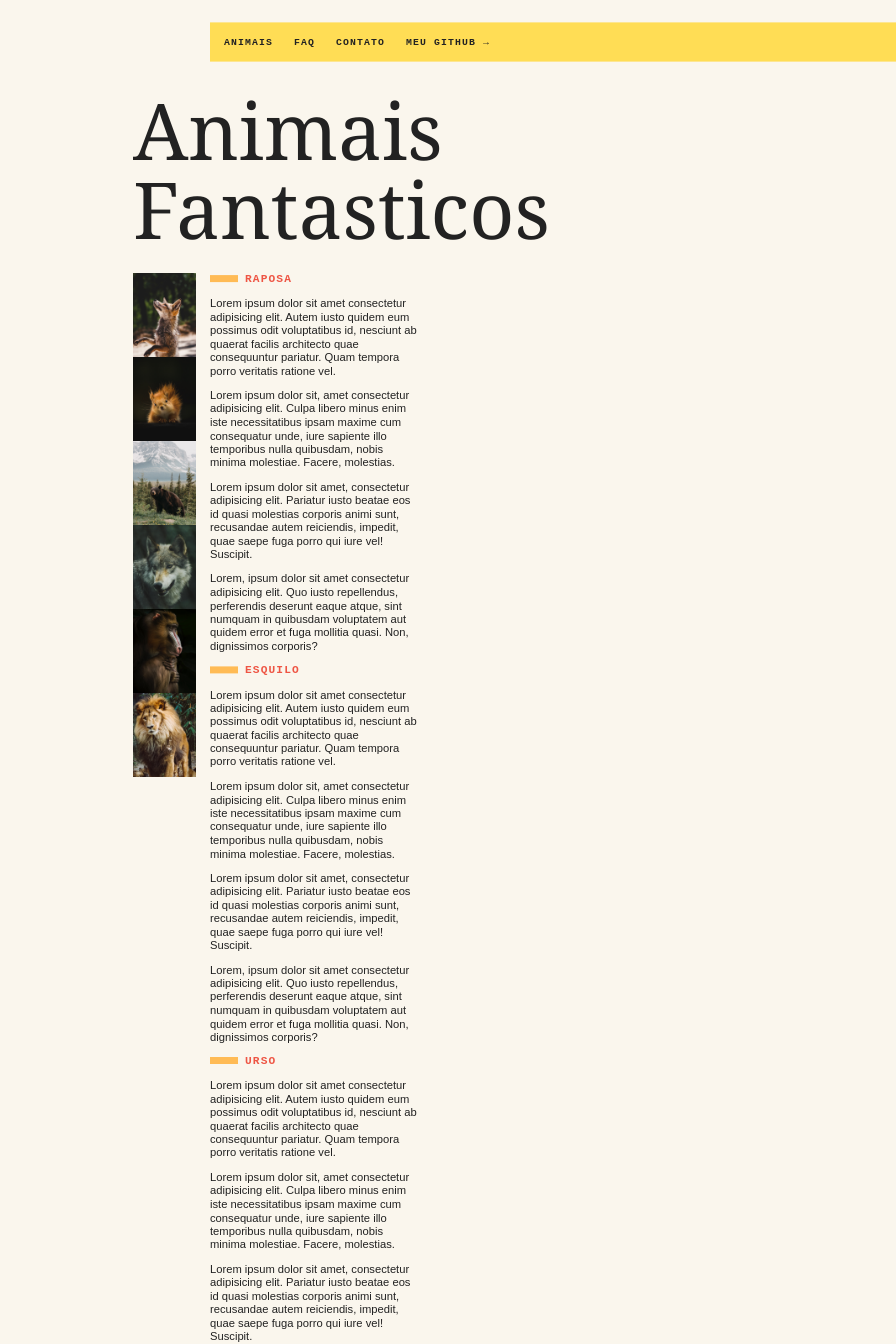
Repository: meiotera/animaisPagina
Page: index.html
An editor plug-in stored every save of this project. The page is shown before and after the next save, followed by the edit.
The browser window is 1280 px wide. The pictures show the part of the page from y = 0 to 1920 px (the page is 5019 px tall), at 70% of full size.

Above is the page before, as saved 2025-05-02 10:06:57.

### index.html
<!DOCTYPE html>
<html lang="en">

<head>
  <meta charset="UTF-8">
  <meta name="viewport" content="width=device-width, initial-scale=1.0">

  <link rel="stylesheet" href="css/style.css">
  <title>Animais</title>
</head>

<body>

  <nav class="menu">
    <ul>
      <li><a href="#animais">Animais</a></li>
      <li><a href="#faq">Faq</a></li>
      <li><a href="#contato">Contato</a></li>
      <li><a href="https://github.com/meiotera">Meu GitHub &rarr;</a></li>
    </ul>
  </nav>

  <section class="grid-section animais" id="animais">
    <h1 class="titulo">Animais Fantasticos</h1>

    <ul class="animais-lista">
      <li><img src="./img/imagem1.jpg" alt=""></li>
      <li><img src="./img/imagem2.jpg" alt=""></li>
      <li><img src="./img/imagem3.jpg" alt=""></li>
      <li><img src="./img/imagem4.jpg" alt=""></li>
      <li><img src="./img/imagem5.jpg" alt=""></li>
      <li><img src="./img/imagem6.jpg" alt=""></li>
    </ul>

    <div class="animais-descricao animais">
      <section class="animais">
        <h2>Raposa</h2>
        <p>Lorem ipsum dolor sit amet consectetur adipisicing elit. Autem iusto quidem eum possimus odit voluptatibus id, nesciunt ab quaerat facilis architecto quae consequuntur pariatur. Quam tempora porro veritatis ratione vel.</p>
        <p>Lorem ipsum dolor sit, amet consectetur adipisicing elit. Culpa libero minus enim iste necessitatibus ipsam maxime cum consequatur unde, iure sapiente illo temporibus nulla quibusdam, nobis minima molestiae. Facere, molestias.</p>
        <p>Lorem ipsum dolor sit amet, consectetur adipisicing elit. Pariatur iusto beatae eos id quasi molestias corporis animi sunt, recusandae autem reiciendis, impedit, quae saepe fuga porro qui iure vel! Suscipit.</p>
        <p>Lorem, ipsum dolor sit amet consectetur adipisicing elit. Quo iusto repellendus, perferendis deserunt eaque atque, sint numquam in quibusdam voluptatem aut quidem error et fuga mollitia quasi. Non, dignissimos corporis?</p>
      </section>

      <section>
        <h2>Esquilo</h2>
        <p>Lorem ipsum dolor sit amet consectetur adipisicing elit. Autem iusto quidem eum possimus odit voluptatibus id, nesciunt ab quaerat facilis architecto quae consequuntur pariatur. Quam tempora porro veritatis ratione vel.</p>
        <p>Lorem ipsum dolor sit, amet consectetur adipisicing elit. Culpa libero minus enim iste necessitatibus ipsam maxime cum consequatur unde, iure sapiente illo temporibus nulla quibusdam, nobis minima molestiae. Facere, molestias.</p>
        <p>Lorem ipsum dolor sit amet, consectetur adipisicing elit. Pariatur iusto beatae eos id quasi molestias corporis animi sunt, recusandae autem reiciendis, impedit, quae saepe fuga porro qui iure vel! Suscipit.</p>
        <p>Lorem, ipsum dolor sit amet consectetur adipisicing elit. Quo iusto repellendus, perferendis deserunt eaque atque, sint numquam in quibusdam voluptatem aut quidem error et fuga mollitia quasi. Non, dignissimos corporis?</p>
      </section>

      <section>
        <h2>Urso</h2>
        <p>Lorem ipsum dolor sit amet consectetur adipisicing elit. Autem iusto quidem eum possimus odit voluptatibus id, nesciunt ab quaerat facilis architecto quae consequuntur pariatur. Quam tempora porro veritatis ratione vel.</p>
        <p>Lorem ipsum dolor sit, amet consectetur adipisicing elit. Culpa libero minus enim iste necessitatibus ipsam maxime cum consequatur unde, iure sapiente illo temporibus nulla quibusdam, nobis minima molestiae. Facere, molestias.</p>
        <p>Lorem ipsum dolor sit amet, consectetur adipisicing elit. Pariatur iusto beatae eos id quasi molestias corporis animi sunt, recusandae autem reiciendis, impedit, quae saepe fuga porro qui iure vel! Suscipit.</p>
        <p>Lorem, ipsum dolor sit amet consectetur adipisicing elit. Quo iusto repellendus, perferendis deserunt eaque atque, sint numquam in quibusdam voluptatem aut quidem error et fuga mollitia quasi. Non, dignissimos corporis?</p>
      </section>

      <section>
        <h2>Lobo</h2>
        <p>Lorem ipsum dolor sit amet consectetur adipisicing elit. Autem iusto quidem eum possimus odit voluptatibus id, nesciunt ab quaerat facilis architecto quae consequuntur pariatur. Quam tempora porro veritatis ratione vel.</p>
        <p>Lorem ipsum dolor sit, amet consectetur adipisicing elit. Culpa libero minus enim iste necessitatibus ipsam maxime cum consequatur unde, iure sapiente illo temporibus nulla quibusdam, nobis minima molestiae. Facere, molestias.</p>
        <p>Lorem ipsum dolor sit amet, consectetur adipisicing elit. Pariatur iusto beatae eos id quasi molestias corporis animi sunt, recusandae autem reiciendis, impedit, quae saepe fuga porro qui iure vel! Suscipit.</p>
        <p>Lorem, ipsum dolor sit amet consectetur adipisicing elit. Quo iusto repellendus, perferendis deserunt eaque atque, sint numquam in quibusdam voluptatem aut quidem error et fuga mollitia quasi. Non, dignissimos corporis?</p>
      </section>

      <section>
        <h2>Macaco</h2>
        <p>Lorem ipsum dolor sit amet consectetur adipisicing elit. Autem iusto quidem eum possimus odit voluptatibus id, nesciunt ab quaerat facilis architecto quae consequuntur pariatur. Quam tempora porro veritatis ratione vel.</p>
        <p>Lorem ipsum dolor sit, amet consectetur adipisicing elit. Culpa libero minus enim iste necessitatibus ipsam maxime cum consequatur unde, iure sapiente illo temporibus nulla quibusdam, nobis minima molestiae. Facere, molestias.</p>
        <p>Lorem ipsum dolor sit amet, consectetur adipisicing elit. Pariatur iusto beatae eos id quasi molestias corporis animi sunt, recusandae autem reiciendis, impedit, quae saepe fuga porro qui iure vel! Suscipit.</p>
        <p>Lorem, ipsum dolor sit amet consectetur adipisicing elit. Quo iusto repellendus, perferendis deserunt eaque atque, sint numquam in quibusdam voluptatem aut quidem error et fuga mollitia quasi. Non, dignissimos corporis?</p>
      </section>

      <section>
        <h2>Leão</h2>
        <p>Lorem ipsum dolor sit amet consectetur adipisicing elit. Autem iusto quidem eum possimus odit voluptatibus id, nesciunt ab quaerat facilis architecto quae consequuntur pariatur. Quam tempora porro veritatis ratione vel.</p>
        <p>Lorem ipsum dolor sit, amet consectetur adipisicing elit. Culpa libero minus enim iste necessitatibus ipsam maxime cum consequatur unde, iure sapiente illo temporibus nulla quibusdam, nobis minima molestiae. Facere, molestias.</p>
        <p>Lorem ipsum dolor sit amet, consectetur adipisicing elit. Pariatur iusto beatae eos id quasi molestias corporis animi sunt, recusandae autem reiciendis, impedit, quae saepe fuga porro qui iure vel! Suscipit.</p>
        <p>Lorem, ipsum dolor sit amet consectetur adipisicing elit. Quo iusto repellendus, perferendis deserunt eaque atque, sint numquam in quibusdam voluptatem aut quidem error et fuga mollitia quasi. Non, dignissimos corporis?</p>
      </section>
    </div>
  </section>

  <section class="grid-section faq" id="faq">
    <h2>Faq</h2>

    <dl>
      <dt>Pergunta Um</dt>
      <dd>Lorem, ipsum dolor sit amet consectetur adipisicing elit. Molestias quasi magni, repudiandae eveniet ea voluptate commodi vitae repellendus quis ex excepturi placeat labore amet sint earum tenetur maxime ab perspiciatis.</dd>

      <dt>Pergunta Dois</dt>
      <dd>Lorem, ipsum dolor sit amet consectetur adipisicing elit. Molestias quasi magni, repudiandae eveniet ea voluptate commodi vitae repellendus quis ex excepturi placeat labore amet sint earum tenetur maxime ab perspiciatis.</dd>

      <dt>Pergunta Três</dt>
      <dd>Lorem, ipsum dolor sit amet consectetur adipisicing elit. Molestias quasi magni, repudiandae eveniet ea voluptate commodi vitae repellendus quis ex excepturi placeat labore amet sint earum tenetur maxime ab perspiciatis.</dd>

      <dt>Pergunta Quatro</dt>
      <dd>Lorem, ipsum dolor sit amet consectetur adipisicing elit. Molestias quasi magni, repudiandae eveniet ea voluptate commodi vitae repellendus quis ex excepturi placeat labore amet sint earum tenetur maxime ab perspiciatis.</dd>

      <dt>Pergunta Cinco</dt>
      <dd>Lorem, ipsum dolor sit amet consectetur adipisicing elit. Molestias quasi magni, repudiandae eveniet ea voluptate commodi vitae repellendus quis ex excepturi placeat labore amet sint earum tenetur maxime ab perspiciatis.</dd>
    </dl>
  </section>

  <section class="grid-section contato" id="contato">
    <h2>Contato</h2>

    <div class="mapa">
      <img src="img/mapa.png" alt="mapa">
    </div>

    <ul class="dados">
      <li>renan.programador@outlook.com</li>
      <li>+55(84) 9 99999999</li>
      <li>Rua do conde, nº 21</li>
      <li>Mossoró - RN</li>
    </ul>
  </section>


  <footer class="footer copy">
    <p>todos os direitos reservados.</p>
  </footer>
  <script src="script.js"></script>
</body>

</html>

### css/style.css
body,
h1,
h2,
h3,
ul,
li,
p,
dd,
dt,
dl,
a {
  margin: 0;
  padding: 0;
  list-style: none;
  text-decoration: none;
}

img {
  display: block;
  max-width: 100%;
}

body {
  background-color: #faf6ed;
  color: #222;
  display: grid;
  /* Colunas organizadas */
  grid-template-columns: 1fr 120px minmax(300px, 800px) 1fr;
}

/* MENU */
.menu {
  grid-column: 3/5;
  margin-top: 2rem;
  margin-bottom: 2rem;
  background-color: #fd5;
}

.menu ul {
  display: flex;
  flex-wrap: wrap;
  padding: 10px;
}

.menu li a {
  display: block;
  padding: 10px;
  margin-right: 10px;
  color: #222;
  text-decoration: none;
  font-family: monospace;
  font-weight: bold;
  text-transform: uppercase;
  font-size: 0.875rem;
  letter-spacing: 0.1rem;
}

/* Sessões */
.grid-section {
  grid-column: 2/4;
  width: 100%;
  box-sizing: border-box;
  padding: 10px;
  display: grid;
  grid-template-columns: 90px 300px 1fr;
  grid-gap: 20px;
  margin-bottom: 4rem;
}

.titulo {
  font-family: Georgia, 'Times New Roman', Times, serif;
  font-size: 7rem;
  line-height: 1;
  font-weight: normal;
  margin-bottom: 1rem;
  grid-column: 1/4;
}

.animais h2 {
  font-family: monospace;
  font-size: 1rem;
  text-transform: uppercase;
  letter-spacing: 0.1em;
  margin-bottom: 1rem;
  color: #e54;
}

.animais h2::before {
  content: '';
  display: inline-block;
  width: 40px;
  height: 10px;
  margin-right: 10px;
  background-color: #fb5;
}

.animais p {
  font-family: Arial, Helvetica, sans-serif;
  line-height: 1.2;
  margin-bottom: 1rem;
}

Loaded but not shown: script.js (no copy from this time; the picture is the same without it)

After the next save:
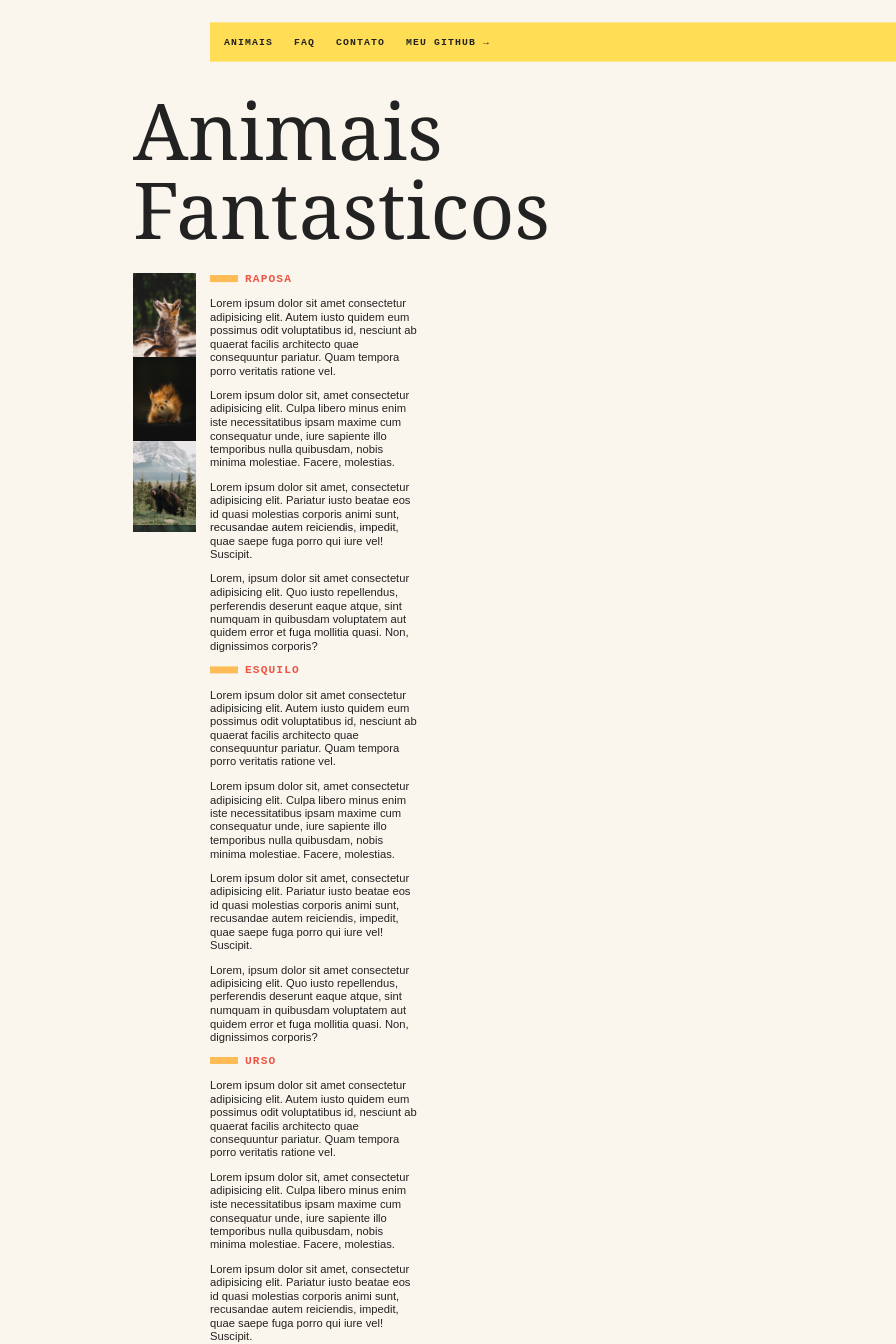
Saved 63 s later.
--- a/css/style.css
+++ b/css/style.css
@@ -99,3 +99,8 @@
   line-height: 1.2;
   margin-bottom: 1rem;
 }
+
+.animais-lista {
+  height: 370px;
+  overflow-y: scroll;
+}
